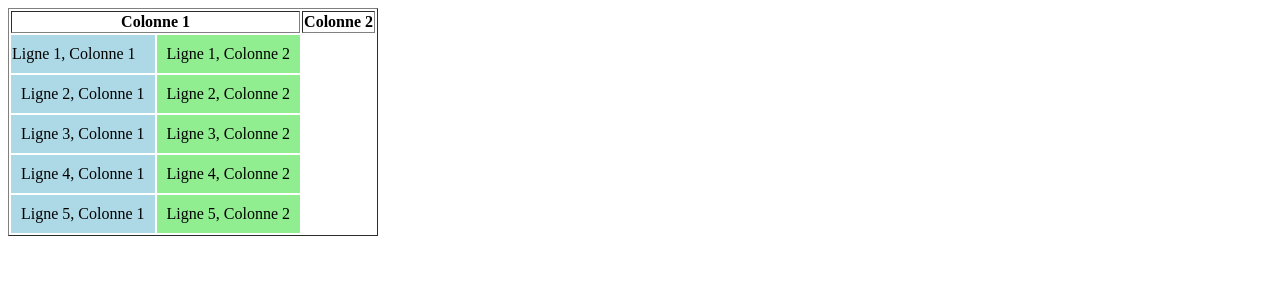
Repository: Chaimaa482/web-tp4
Page: ex1.html
These files come from the project's save history. The page is drawn as it stood at one moment and after the next save; the edit follows.
The browser window is 1280 px wide. The pictures show the whole page.

Above is the page before, as saved 2023-10-22 15:31:25.

### ex1.html
<!DOCTYPE html>
<html>
<head>
    <style>
        .col1 {
            background-color: lightblue;
        }
        .col2 {
            background-color: lightgreen;
        }
    </style>
</head>
<body>
    <table id="myTable" border="1">
        <tr>
            <th>Colonne 1</th>
            <th>Colonne 2</th>
        </tr>
        <tr>
            <td>Ligne 1, Colonne 1</td>
            <td>Ligne 1, Colonne 2</td>
        </tr>
        <tr>
            <td>Ligne 2, Colonne 1</td>
            <td>Ligne 2, Colonne 2</td>
        </tr>
        <tr>
            <td>Ligne 3, Colonne 1</td>
            <td>Ligne 3, Colonne 2</td>
        </tr>
        <tr>
            <td>Ligne 4, Colonne 1</td>
            <td>Ligne 4, Colonne 2</td>
        </tr>
        <tr>
            <td>Ligne 5, Colonne 1</td>
            <td>Ligne 5, Colonne 2</td>
        </tr>
    </table>

    <script>
        // Enlever la bordure intérieure du tableau
        var table = document.getElementById("myTable");
        var cells = table.getElementsByTagName("td");
        for (var i = 0; i < cells.length; i++) {
            cells[i].style.border = "none";
        }

        // Fusionner les cellules de la première ligne
        var th = table.querySelector("tr:first-child th");
        th.colSpan = 2;

        // Donner une couleur de fond rose aux lignes paires et beige aux lignes impaires
        var rows = table.querySelectorAll("tr");
        for (var i = 1; i < rows.length; i++) {
            if (i % 2 === 0) {
                rows[i].style.backgroundColor = "pink";
            } else {
                rows[i].style.backgroundColor = "beige";
            }
        }

        // Donner une classe col1 aux colonnes paires et col2 aux colonnes impaires
        var cellsCol1 = table.getElementsByClassName("col1");
        var cellsCol2 = table.getElementsByClassName("col2");
        for (var i = 0; i < cells.length; i++) {
            if (i % 2 === 0) {
                cells[i].className = "col1";
            } else {
                cells[i].className = "col2";
            }
        }

        // Augmenter le padding de toutes les cellules sauf celles de la première ligne
        for (var i = 1; i < cells.length; i++) {
            cells[i].style.padding = "10px";
        }
    </script>
</body>
</html>

After the next save:
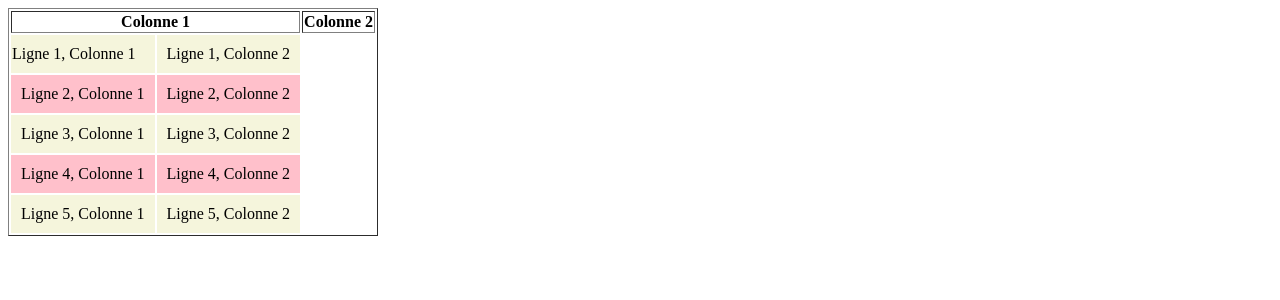
Saved 83 s later.
--- a/ex1.html
+++ b/ex1.html
@@ -2,12 +2,7 @@
 <html>
 <head>
     <style>
-        .col1 {
-            background-color: lightblue;
-        }
-        .col2 {
-            background-color: lightgreen;
-        }
+
     </style>
 </head>
 <body>

After the 3 saves that followed:
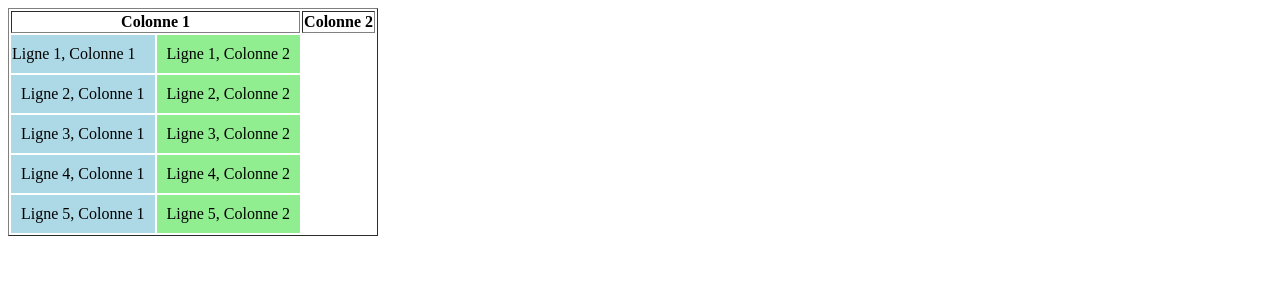
The 3 saves are shown as one change because they came seconds apart.
The last was saved 11 s later.
--- a/ex1.html
+++ b/ex1.html
@@ -2,7 +2,12 @@
 <html>
 <head>
     <style>
-
+        .col1 {
+            background-color: lightblue;
+        }
+        .col2 {
+            background-color: lightgreen;
+        }
     </style>
 </head>
 <body>
